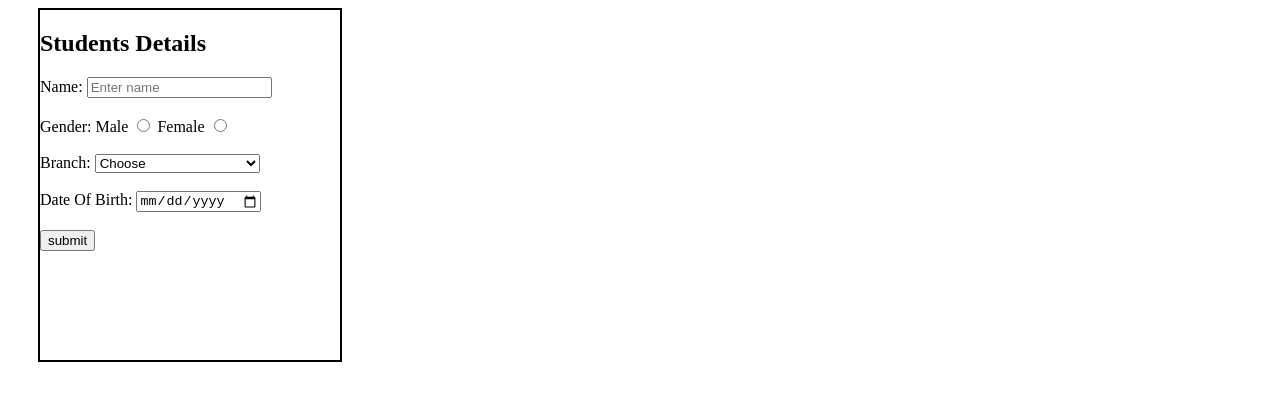
Repository: netravatih-paycorp/Assignments
Page: http://localhost/SpringMvc/home.jsp
The author's editor kept a copy of each file at every save. The page is drawn from the files as they stood at one save, then again after the next save.
The browser window is 1280 px wide. The pictures show the whole page.
The page is served by Tomcat 9.

Above is the page before, as saved 2023-07-17 12:11:46.

After the next save:
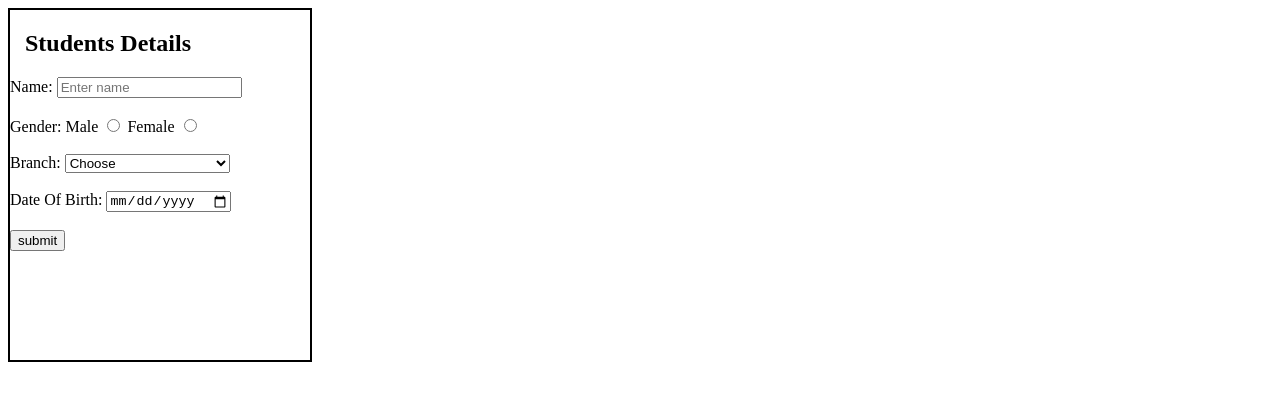
Saved 73 s later.
--- a/SpringMvc/src/main/webapp/home.jsp
+++ b/SpringMvc/src/main/webapp/home.jsp
@@ -25,7 +25,7 @@ function validateDate()
         border: 2px solid black;
         height:350px;
         width:300px;
-        margin-left:30px;
+
 
 }
 </style>
@@ -35,7 +35,7 @@ function validateDate()
 <body>
 <div class="h">
     <form action="save" method="post" id="saveForm" >
-                 <h2> Students Details</h2>
+                 <h2 style="margin-left:15px;"> Students Details</h2>
 		Name: <input type="text" name="name" placeholder="Enter name">
 		<br>
 		<br>
